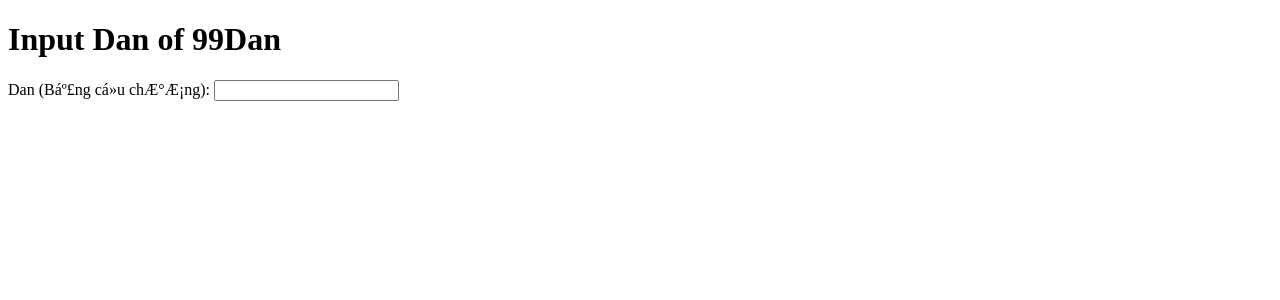
Repository: Vipper105/Restaurant_project
Page: webShop/WebContent/Gugu.html
The author's editor kept a copy of each file at every save. The page is drawn from the files as they stood at one save, then again after the next save.
The browser window is 1280 px wide. The pictures show the whole page.

Above is the page before, as saved 2020-08-11 02:55:31.

### webShop/WebContent/Gugu.html
<!DOCTYPE html>
<html>
<head>
<meta charset="ISO-8859-1">
<title>Insert title here</title>
</head>
<body>
	<h1>Input Dan of 99Dan</h1>
	<form method="get" action="gugudan" >
		Dan (Bảng cửu chương): <input type="text" name="dan"></br>
	</form>


</body>
</html>

After the next save:
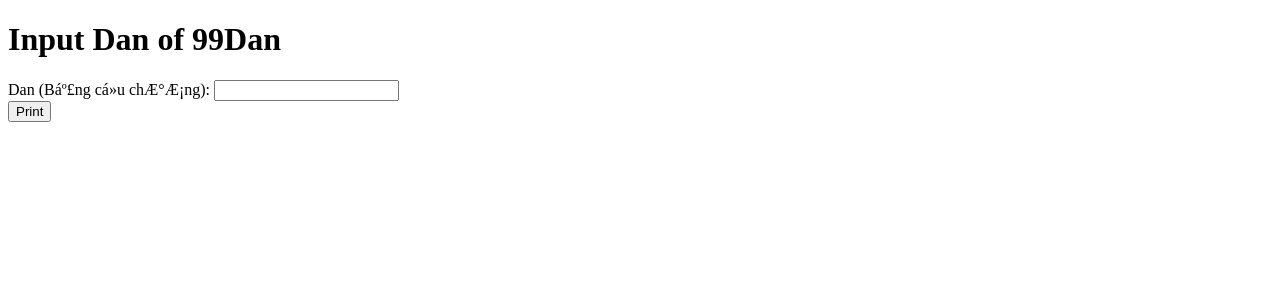
Saved 23 s later.
--- a/webShop/WebContent/Gugu.html
+++ b/webShop/WebContent/Gugu.html
@@ -8,6 +8,7 @@
 	<h1>Input Dan of 99Dan</h1>
 	<form method="get" action="gugudan" >
 		Dan (Bảng cửu chương): <input type="text" name="dan"></br>
+		<input type="submit" value ="Print">
 	</form>
 
 
